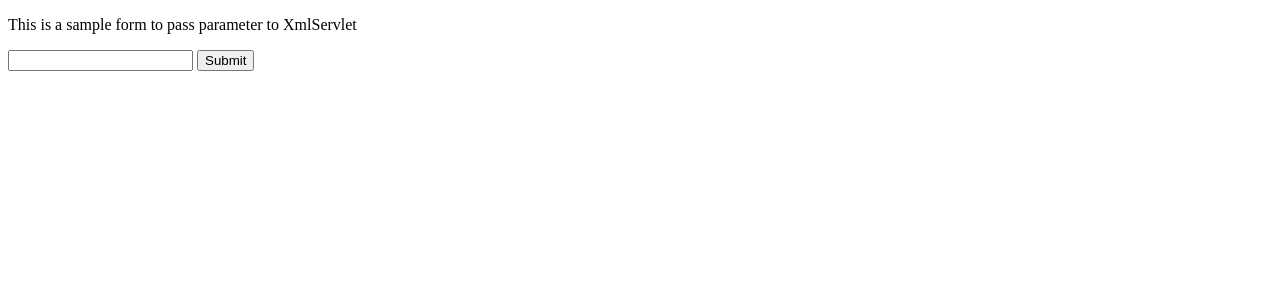
Repository: baijuachari/Servlet-JSPs
Page: SimpleServlet/WebContent/SampleForm.html
An editor plug-in stored every save of this project. The page is shown before and after the next save, followed by the edit.
The browser window is 1280 px wide. The pictures show the whole page.

Above is the page before, as saved 2016-07-10 20:11:46.

### SimpleServlet/WebContent/SampleForm.html
<!DOCTYPE html>
<html>
<head>
<meta charset="ISO-8859-1">
<title>Simple Form to pass parameter to servlet</title>
</head>
<body>
	<form action="xmlServletPath">
		<p>This is a sample form to pass parameter to XmlServlet</p>
		<input name="userName" />
		<input type="submit"/>
	</form>
</body>
</html>

After the next save:
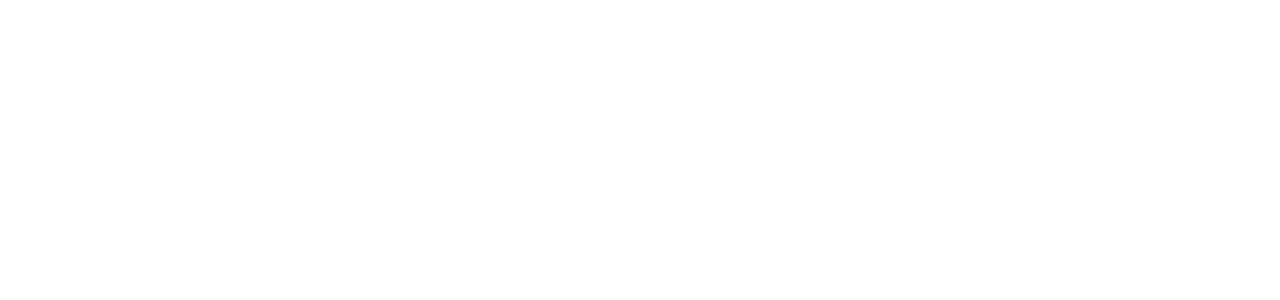
Saved 98 s later.
--- a/SimpleServlet/WebContent/SampleForm.html
+++ b/SimpleServlet/WebContent/SampleForm.html
@@ -5,10 +5,6 @@
 <title>Simple Form to pass parameter to servlet</title>
 </head>
 <body>
-	<form action="xmlServletPath">
-		<p>This is a sample form to pass parameter to XmlServlet</p>
-		<input name="userName" />
-		<input type="submit"/>
-	</form>
+
 </body>
 </html>

After the save that followed:
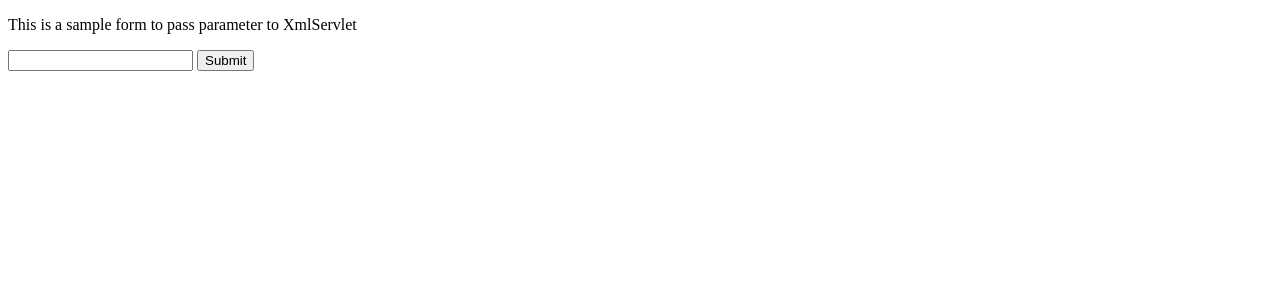
Saved 4 min 54 s later.
--- a/SimpleServlet/WebContent/SampleForm.html
+++ b/SimpleServlet/WebContent/SampleForm.html
@@ -5,6 +5,10 @@
 <title>Simple Form to pass parameter to servlet</title>
 </head>
 <body>
-
+	<form action="xmlServletPath">
+		<p>This is a sample form to pass parameter to XmlServlet</p>
+		<input name="userName" />
+		<input type="submit"/>
+	</form>
 </body>
 </html>
